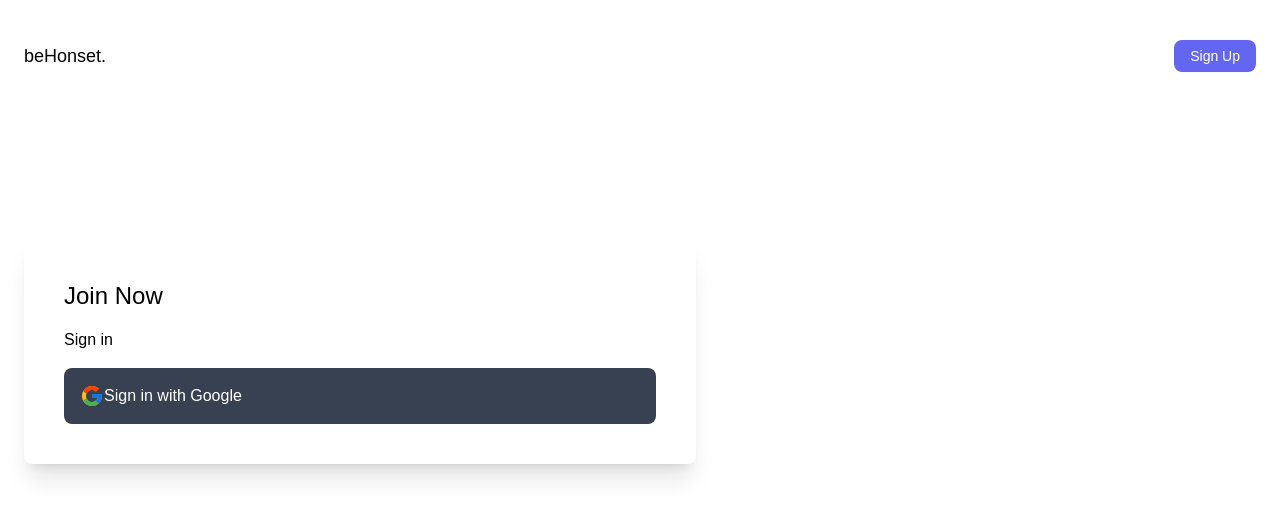
Repository: aidenfine/be-honset
Page: /login
These files come from the project's save history. The page is drawn as it stood at one moment and after the next save; the edit follows.
The browser window is 1280 px wide. The pictures show the whole page.
The page's requests for data from a server got no answer. The project was rebuilt for these pictures with package versions that can differ from the ones it lists, and the page was loaded fresh each time. The framework's server and built-in components were replaced by stand-ins that run in the browser. No one was signed in, and anything a server would have sent is missing. Also part of the build but not shown: next.config.js.

Above is the page before, as saved 2022-10-26 19:52:07.

After the next save:
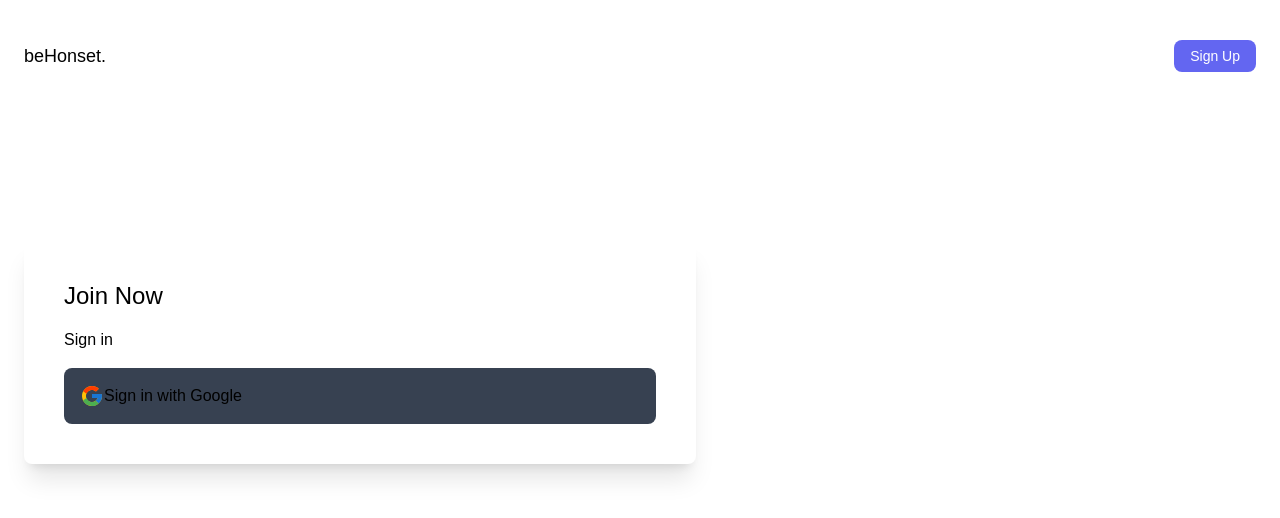
Saved 38 s later.
--- a/pages/login.js
+++ b/pages/login.js
@@ -41,7 +41,7 @@
             <h2 className="text-2xl font-medium">Join Now</h2>
             <div>
                 <h3 className="py-4">Sign in</h3>
-                <button onClick={GoogleLogin} className="text-white bg-gray-700 w-full font font-medium rounded-lg flex align-middle p-4">
+                <button onClick={GoogleLogin} className=" justify-items-centertext-white bg-gray-700 w-full font font-medium rounded-lg flex align-middle p-4">
                     <FcGoogle className="text-2xl"/>
                     Sign in with Google
                 </button>

After the 2 saves that followed:
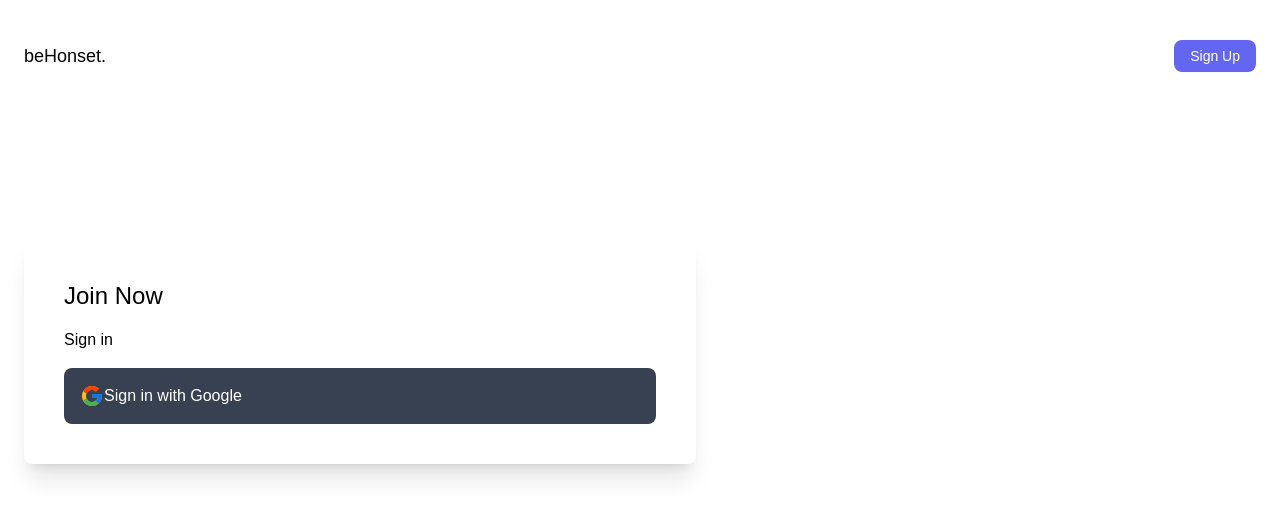
The 2 saves are shown as one change because 1 left the picture as it was.
The last was saved 10 s later.
--- a/pages/login.js
+++ b/pages/login.js
@@ -41,7 +41,7 @@
             <h2 className="text-2xl font-medium">Join Now</h2>
             <div>
                 <h3 className="py-4">Sign in</h3>
-                <button onClick={GoogleLogin} className=" justify-items-centertext-white bg-gray-700 w-full font font-medium rounded-lg flex align-middle p-4">
+                <button onClick={GoogleLogin} className="text-white bg-gray-700 w-full font font-medium rounded-lg flex align-middle p-4">
                     <FcGoogle className="text-2xl"/>
                     Sign in with Google
                 </button>
